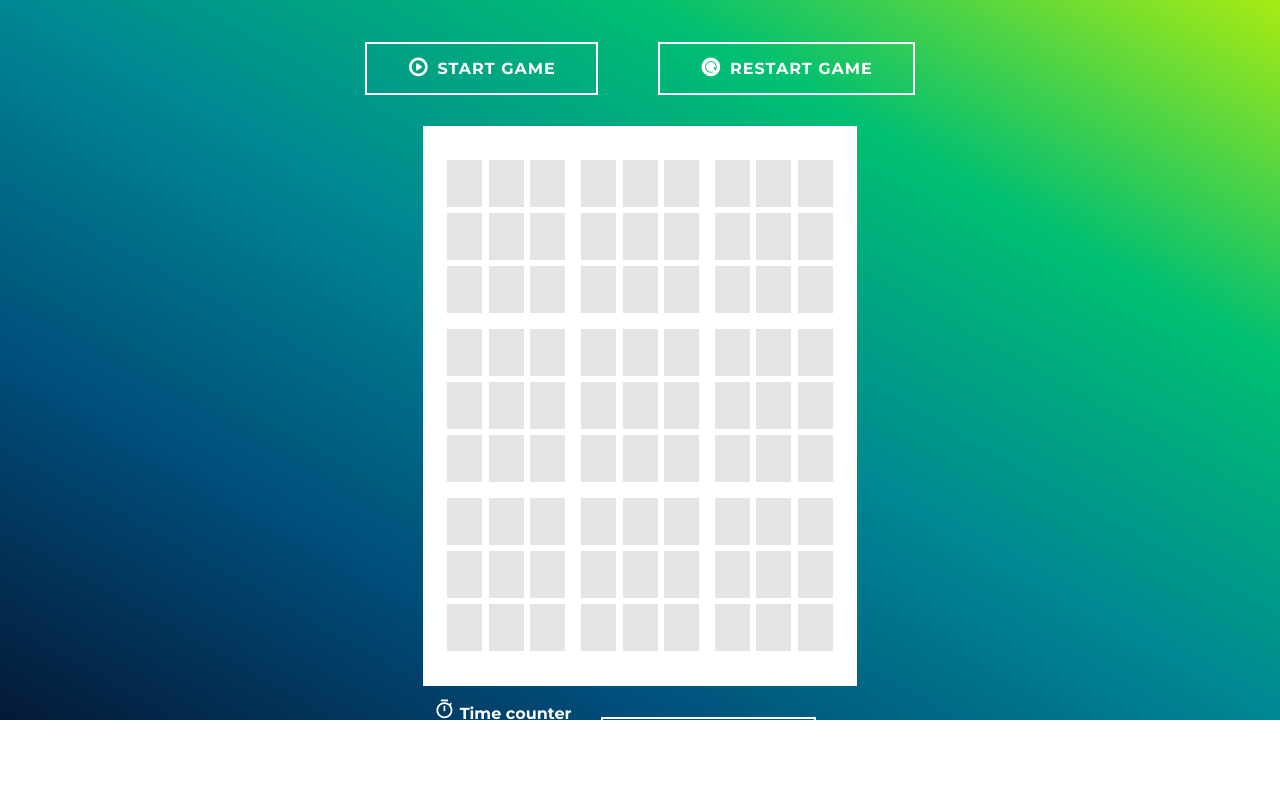
Repository: pattypetrikova/sudoku
Page: index.html
The author's editor kept a copy of each file at every save. The page is drawn from the files as they stood at one save, then again after the next save.
The browser window is 1280 px wide. The pictures show the whole page.
Some web fonts or font styles are not loaded; a fallback is used.

Above is the page before, as saved 2022-12-30 12:27:44.

After the next save:
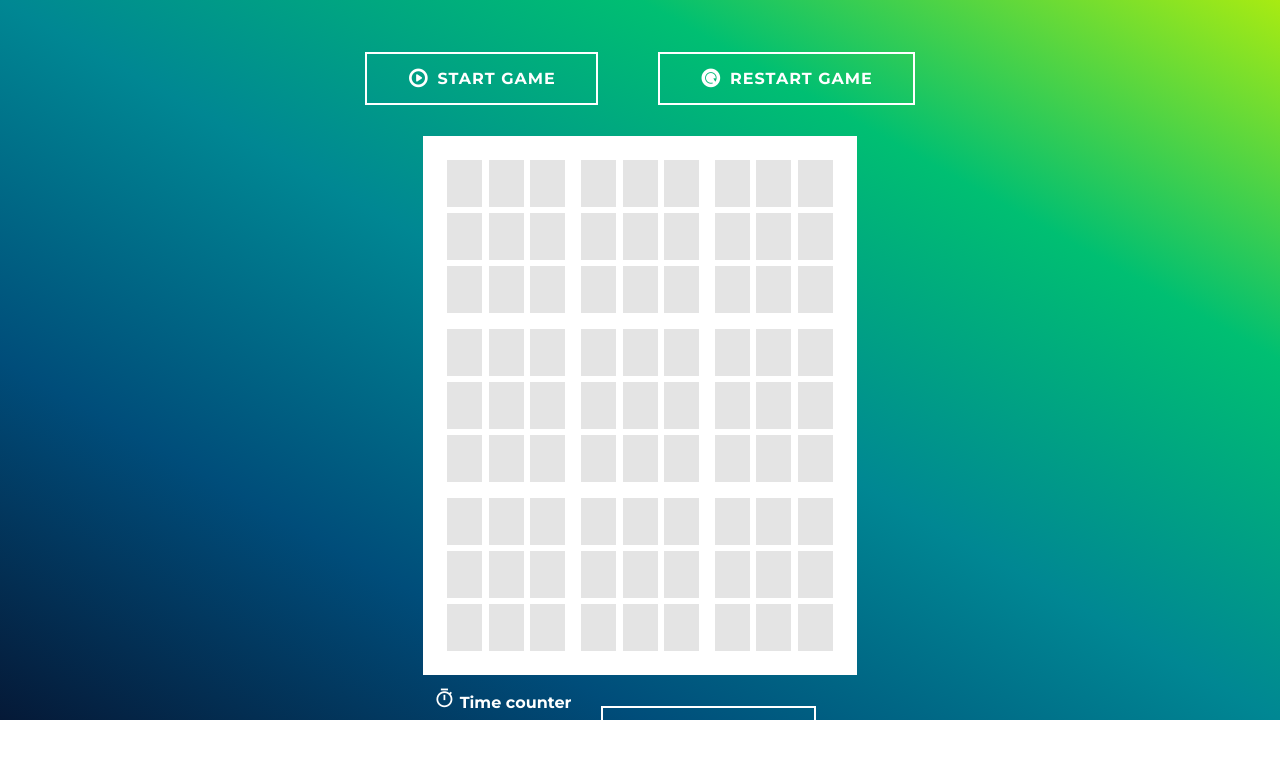
Saved 58 s later.
--- a/assets/style.css
+++ b/assets/style.css
@@ -25,7 +25,6 @@
 
 .game {
     background-color: white;
-    min-height: 35em;
     display: flex;
     justify-content: center;
     flex-direction: column;
